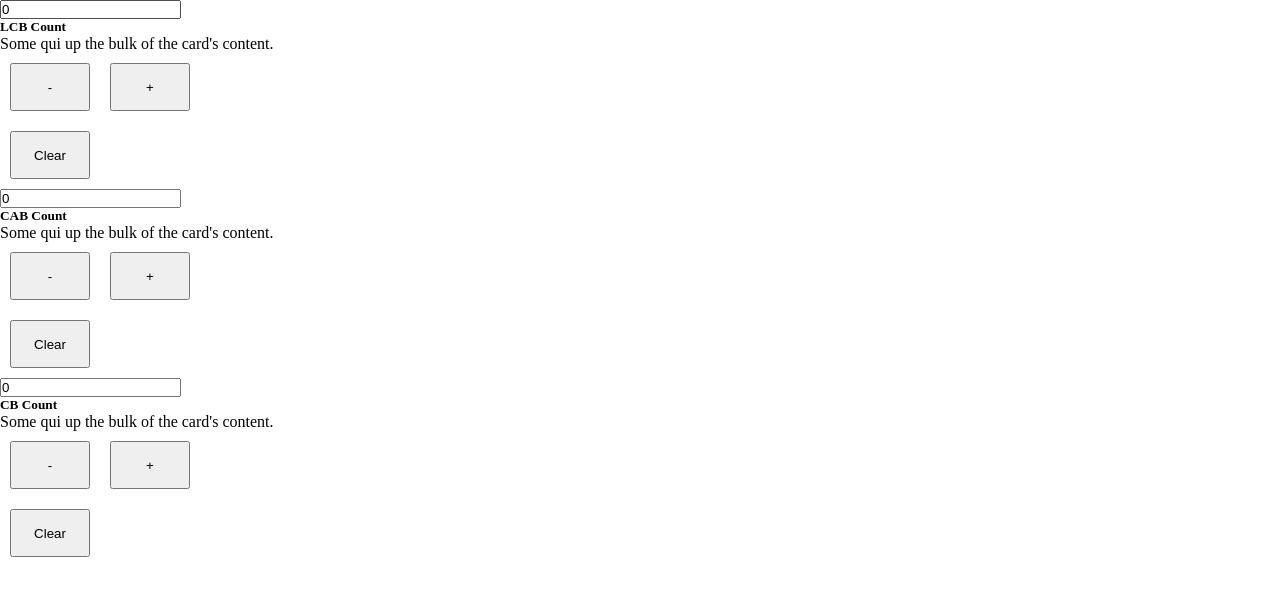
Repository: suraj-yadav7/SwitchWorkflow-Count-reactjs
Page: /
These files come from the project's save history. The page is drawn as it stood at one moment and after the next save; the edit follows.
The browser window is 1280 px wide. The pictures show the whole page.
The project was rebuilt for these pictures with package versions that can differ from the ones it lists, and the page was loaded fresh each time.

Above is the page before, as saved 2023-04-17 18:13:31.

### src/App.js
import './App.css';
import TitleCount from './Components/TitleCount';

function App() {
  return (
    <>
    <TitleCount />
    </>
  );
}

export default App;

### src/App.css
*{
  margin: 0;
  padding: 0;
  box-sizing: border-box;
}

button{
  width: 5rem;
  margin: 10px;
  height: 3rem;
}

### src/Components/TitleCount.jsx
import React from 'react'
import { useState, useEffect } from 'react'
const TitleCount = () => {

    const [lcbCount, setLcbCount] = useState(parseInt(localStorage.getItem("lcbKey")) || 0)

    useEffect(()=>{
        localStorage.setItem("lcbKey", lcbCount)
    },[lcbCount])

    return (
        <>
            <div className="container1">
                <div class="card" style={{width: "18rem"}}>
                    <input type='text' name="lcbCount" value={lcbCount}/>
                    <div class="card-body">
                        <h5 class="card-title">LCB Count</h5>
                        <p class="card-text">Some qui up the bulk of the card's content.</p>
                        <button onClick={()=>setLcbCount(val => (lcbCount>0 ? val-1: 0))}>-</button>
                        <button onClick={()=>setLcbCount(val => val+1)}>+</button>
                        <button onClick={()=>setLcbCount(0)}>Clear</button>
                    </div>
                </div>
                <div class="card" style={{width: "18rem"}}>
                    <input type='text' name="lcbCount" value={lcbCount}/>
                    <div class="card-body">
                        <h5 class="card-title">CAB Count</h5>
                        <p class="card-text">Some qui up the bulk of the card's content.</p>
                        <button onClick={()=>setLcbCount(val => (lcbCount>0 ? val-1: 0))}>-</button>
                        <button onClick={()=>setLcbCount(val => val+1)}>+</button>
                        <button onClick={()=>setLcbCount(0)}>Clear</button>
                    </div>
                </div>
                <div class="card" style={{width: "18rem"}}>
                    <input type='text' name="lcbCount" value={lcbCount}/>
                    <div class="card-body">
                        <h5 class="card-title">CB Count</h5>
                        <p class="card-text">Some qui up the bulk of the card's content.</p>
                        <button onClick={()=>setLcbCount(val => (lcbCount>0 ? val-1: 0))}>-</button>
                        <button onClick={()=>setLcbCount(val => val+1)}>+</button>
                        <button onClick={()=>setLcbCount(0)}>Clear</button>
                    </div>
                </div>
            </div>

        </>
    )
}

export default TitleCount

Loaded but not shown: src/index.js (common file)

After the next save:
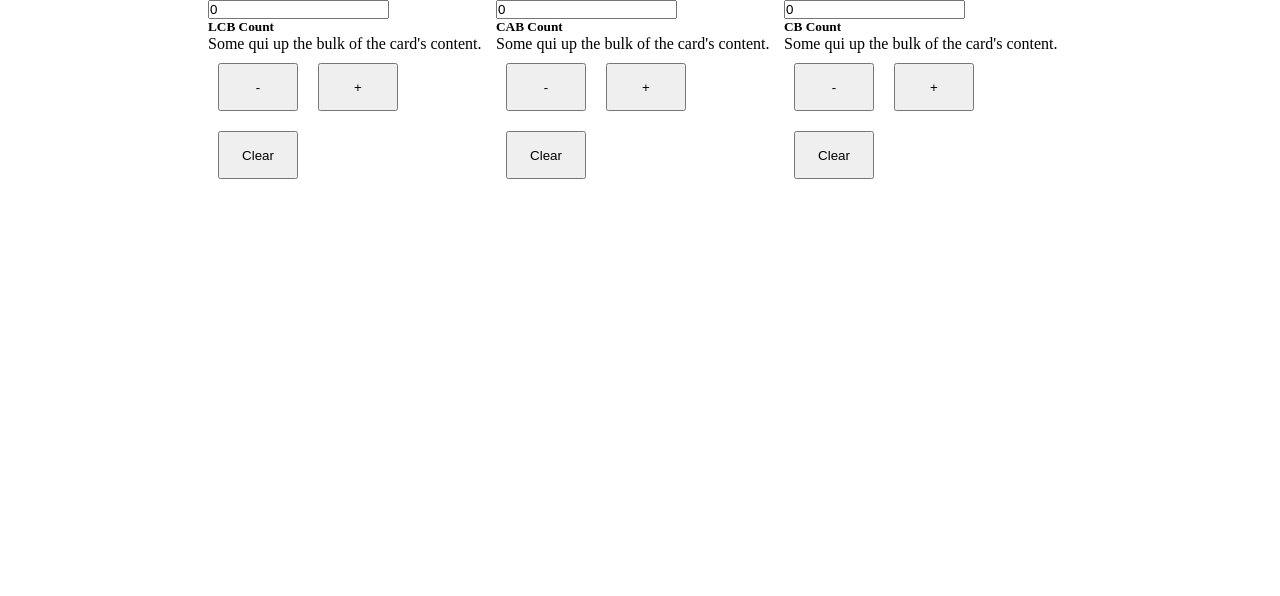
Saved 35 s later.
--- a/src/App.css
+++ b/src/App.css
@@ -9,3 +9,9 @@ button{
   margin: 10px;
   height: 3rem;
 }
+
+.container1{
+  display:flex ;
+  justify-content: center;
+  align-items: center;
+}
